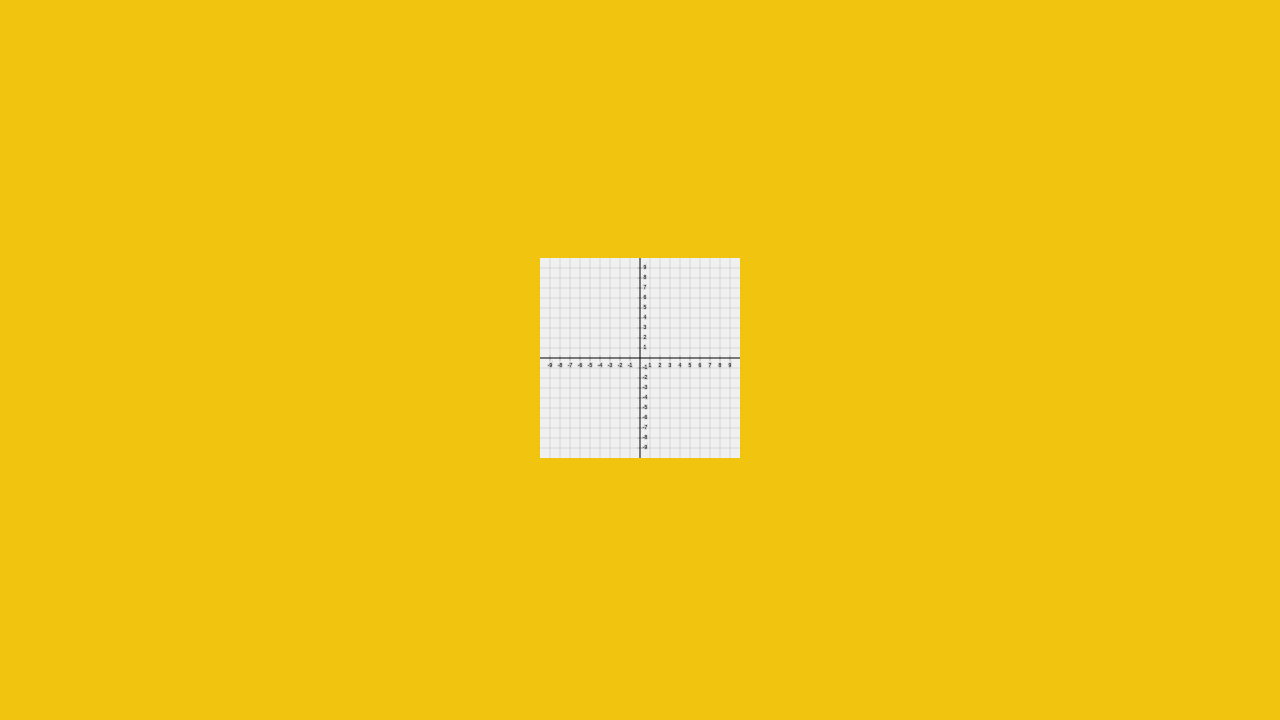
Repository: animarcus/graphing-app
Page: index.html
The author's editor kept a copy of each file at every save. The page is drawn from the files as they stood at one save, then again after a run of saves.
The browser window is 1280 px wide. The pictures show the whole page.
Some web libraries are served in a nearby version.

Above is the page before, as saved 2020-09-26 19:59:37.

After the next 2 saves:
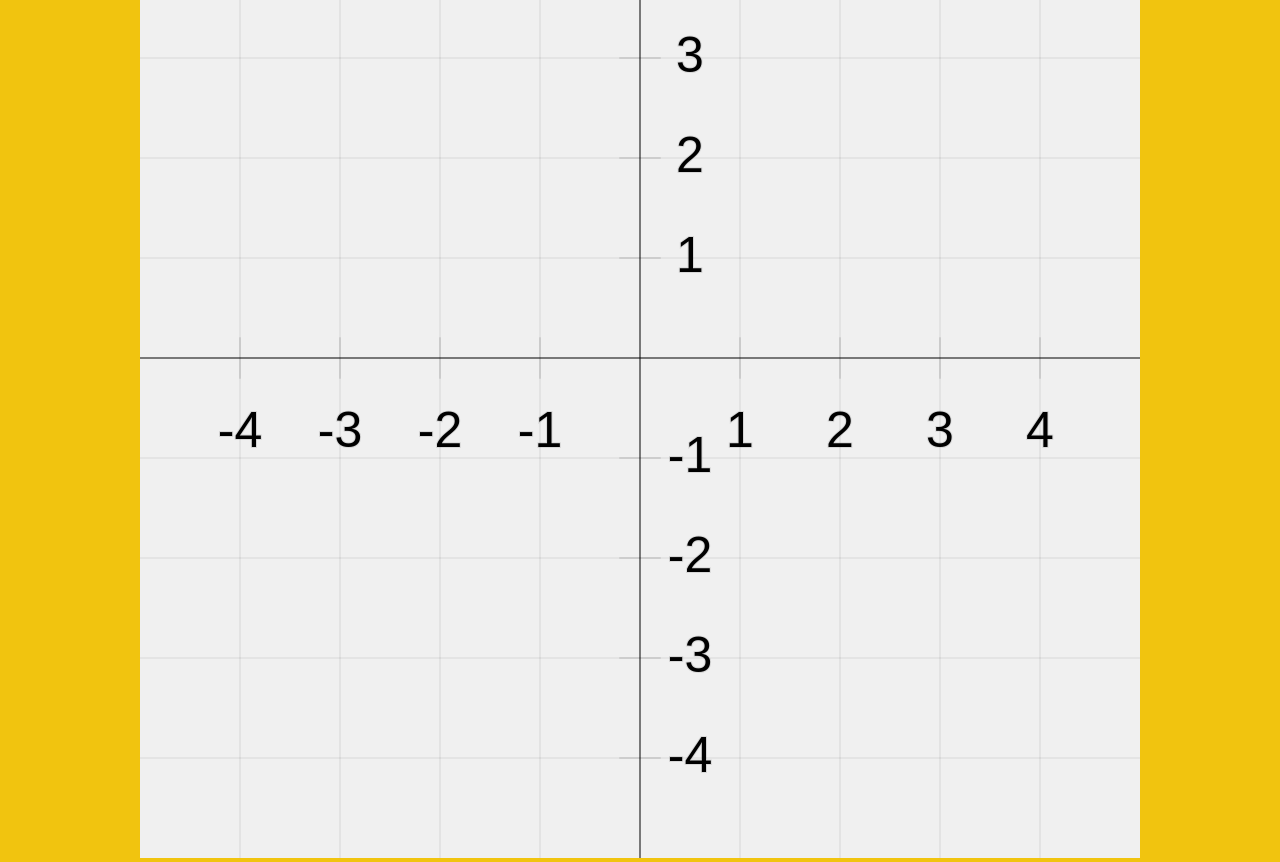
The 2 saves are shown as one change because they came seconds apart.
The last was saved 10 s later.
--- a/js/sketch.js
+++ b/js/sketch.js
@@ -1,7 +1,7 @@
 
-let canvasW = 200;
-let canvasH = 200;
-let cellW = 10;
+let canvasW = 1000;
+let canvasH = 1000;
+let cellW = 100;
 
 function setup() {
   let canvas = createCanvas(canvasW,canvasH);
